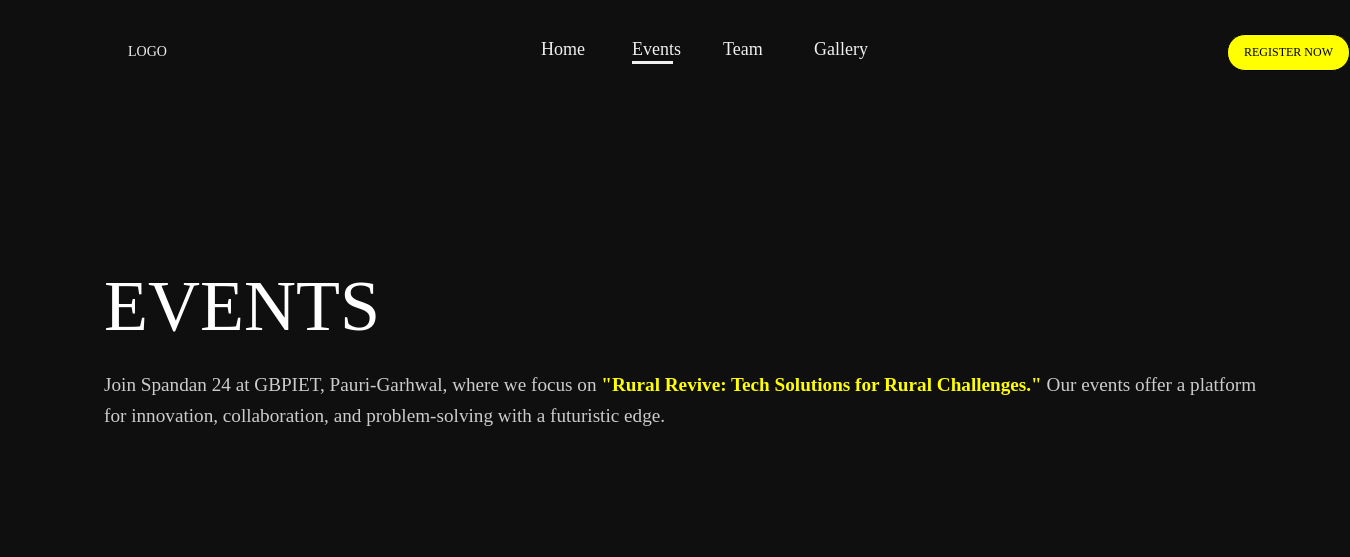
Repository: s4bbi/spandan-3.0
Page: /
These files come from the project's save history. The page is drawn as it stood at one moment and after the next save; the edit follows.
The browser window is 1280 px wide. The page is 1350 px wide, so the pictures cover 1350 px, including what lies to the right of the window. The pictures show the whole page.
The project was rebuilt for these pictures with package versions that can differ from the ones it lists, and the page was loaded fresh each time. Also part of the build but not shown: vite.config.js, src/pages/Events/Events.jsx.

Above is the page before, as saved 2024-11-02 02:31:09.

### src/App.jsx
import React from 'react'
import Navbar from './components/Navbar/Navbar'
import { Route, Routes } from 'react-router-dom'
import Home from  './pages/Home/Home'
import Events from  './pages/Events/Events'


const App = () => {
  return (
    <div className='app'>
      <Navbar/>
      { <Routes>
        <Route path="/" element={<Home />} />
        <Route path="Events" element={<Events />} />
      </Routes> }
    </div>
  )
}

export default App

### src/components/Navbar/Navbar.jsx
import React, {useState} from 'react'
import './Navbar.css'
// import {assets} from'../../assets/assets'
const Navbar = () => {

  const [menu,setMenu] = useState("Events");
  return (
    <div className='navbar'>
        <h1 className="logo">LOGO</h1>
        <ul className="navbar-menu">
            <li onClick={()=>setMenu("Home")} className={menu=="Home"?"active":""}>Home</li>
            <li onClick={()=>setMenu("Events")} className={menu=="Events"?"active":""}>Events</li>
            <li onClick={()=>setMenu("Team")} className={menu=="Team"?"active":""}>Team</li>
            <li onClick={()=>setMenu("Gallery")} className={menu=="Gallery"?"active":""}>Gallery</li>
        </ul>


        <button>REGISTER NOW</button>
     </div>

  )
}

export default Navbar

### src/pages/Home/Home.jsx
import React from 'react'
import HeroSection from '../../components/HeroSection/HeroSection'

const Home = () => {
  return (
    <div>
      {<HeroSection/>}
    </div>
  )
}

export default Home

### src/components/Navbar/Navbar.css
.navbar{
    width: 1222px;
    height: 37px;
    margin-top: 34px;
    margin-left: 128px;
    border-radius: 20px 0px 0px 0px;
    display: flex;
    justify-content: space-between;
    align-items: center;
}

.logo{
    width: 41px;
    height: 17px;
    font-family: Gilroy-Light;
    font-size: 14px;
    font-weight: 400;
    line-height: 16.8px;
    text-align: left;
    color:#F0F0F0;
   }

.navbar-menu{
    display:flex;
    list-style:none;
    gap:50px;
    color:#F0F0F0;
    ;
   }

.navbar button{
    background:transparent;
    font-size: 12px;
    background-color:#FFFF00;
    font-family: Gilroy-SemiBold;
    border: 1px solid #010101;
    ;
    padding: 10px 16px 10px 16px;
    border-radius: 18px 18px 18px 18px;
    cursor: pointer;}
    /* transition: 0.3s; */
    /* width: Hug (132px)px; */
 /* height: Hug (37px)px;
top: 34px;
left: 1218px;
padding: 10px 16px 10px 16px;
} */

  .navbar button:hover{
    background-color:#FFFFFF;
    color: #e74c3c;
    }

  /* .navbar .active{
    padding-bottom: 3px;
    border-bottom: 3px solid #49557e;
}   */

.navbar .active {
    padding-bottom: 3px;
    border-bottom: 3px solid #F0F0F0;}
.navbar li{
    cursor: pointer;
    width: 41px;
    height: 17px;
    font-family: Gilroy-SemiBold;
    font-size: 18px;
    font-weight: 400;
    line-height: 17.15px;
    text-align: left;
}

### src/components/HeroSection/HeroSection.jsx
import React from 'react'
import "./HeroSection.css";
// import roboticHandImage from "../assets/eventsHand.webp";




const HeroSection = () => {
  return (
    <div>
      <section className="hero">
      <div className="hero-text">
        <h1 className="hero-title">EVENTS</h1>
        <p className="hero-description">
          Join Spandan 24 at GBPIET, Pauri-Garhwal, where we focus on <span className="highlight">"Rural Revive: Tech Solutions for Rural Challenges."</span> Our events offer a platform for innovation, collaboration, and problem-solving with a futuristic edge.
        </p>
      </div>
      {/* <img src={roboticHandImage} alt="Robotic Hand" className="hero-image" /> */}
    </section>
    </div>
  )
}

export default HeroSection

### src/components/HeroSection/HeroSection.css
.hero {
    display: flex;
    align-items: center;
    justify-content: space-between;
    /* padding-top: 50px;
    max-width: 1200px;
    margin: 192px; */
  }

  .hero-text {
    /* width: 50%; */
    color: white;
    padding-left: 104px;
  }

  .hero-title {
    width: 339px;
    height: 87px;
    padding-top: 192px;
    font-family: Mooner;
    font-size: 72px;
    font-weight: 400;
    line-height: 87.19px;
   }

  .hero-description {
    margin-top: 20px;
    font-size: 1.2em;
    line-height: 1.6;
    color: #ccc;
  }

  .highlight {
    color: yellow;
    font-weight: bold;
  }

  .hero-image {
    width: 45%;
    max-width: 500px;
    height: auto;
  }

### public/style.css
*{
    margin:0px;
    padding:0px;
}

body{
    background-color: #0f0f0f;
}

Loaded but not shown: index.html (common file); src/main.jsx (common file); src/pages/Events/Events.css (no stored copy; drawn as an empty file)

After the next save:
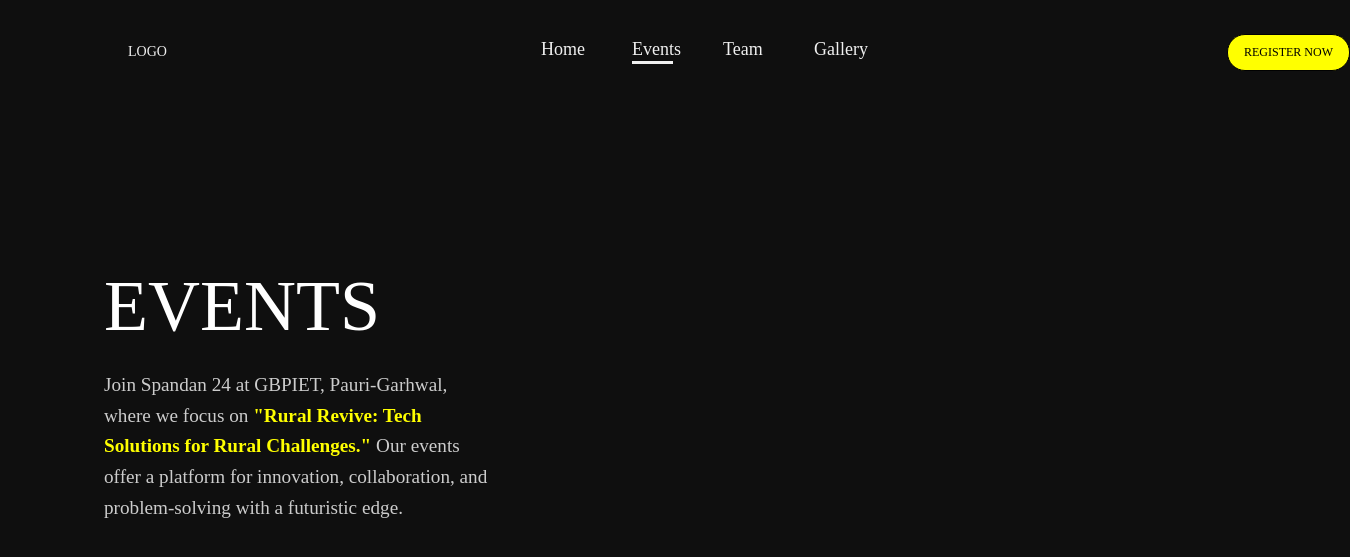
Saved 33 s later.
--- a/src/components/HeroSection/HeroSection.css
+++ b/src/components/HeroSection/HeroSection.css
@@ -24,6 +24,13 @@
    }
 
   .hero-description {
+    width: 385px;
+height: 110px;
+top: 402px;
+left: 104px;
+gap: 0px;
+opacity: 0px;
+
     margin-top: 20px;
     font-size: 1.2em;
     line-height: 1.6;
